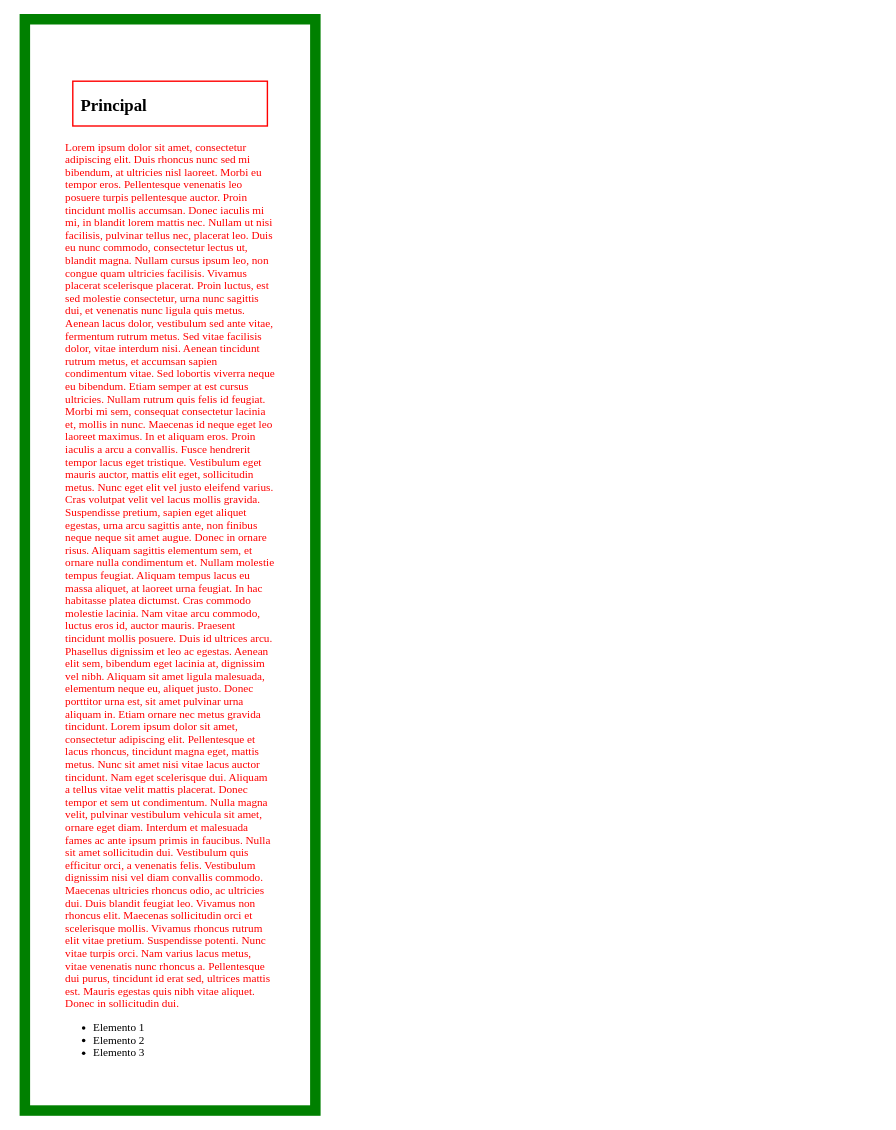
Repository: PabloSebastianPorto/Entrega-CV-1-ARG-PROG
Page: css.html
An editor plug-in stored every save of this project. The page is shown before and after the next save, followed by the edit.
The browser window is 1280 px wide. The pictures show the whole page, at 70% of full size.

Above is the page before, as saved 2023-01-16 09:56:15.

After the next save:
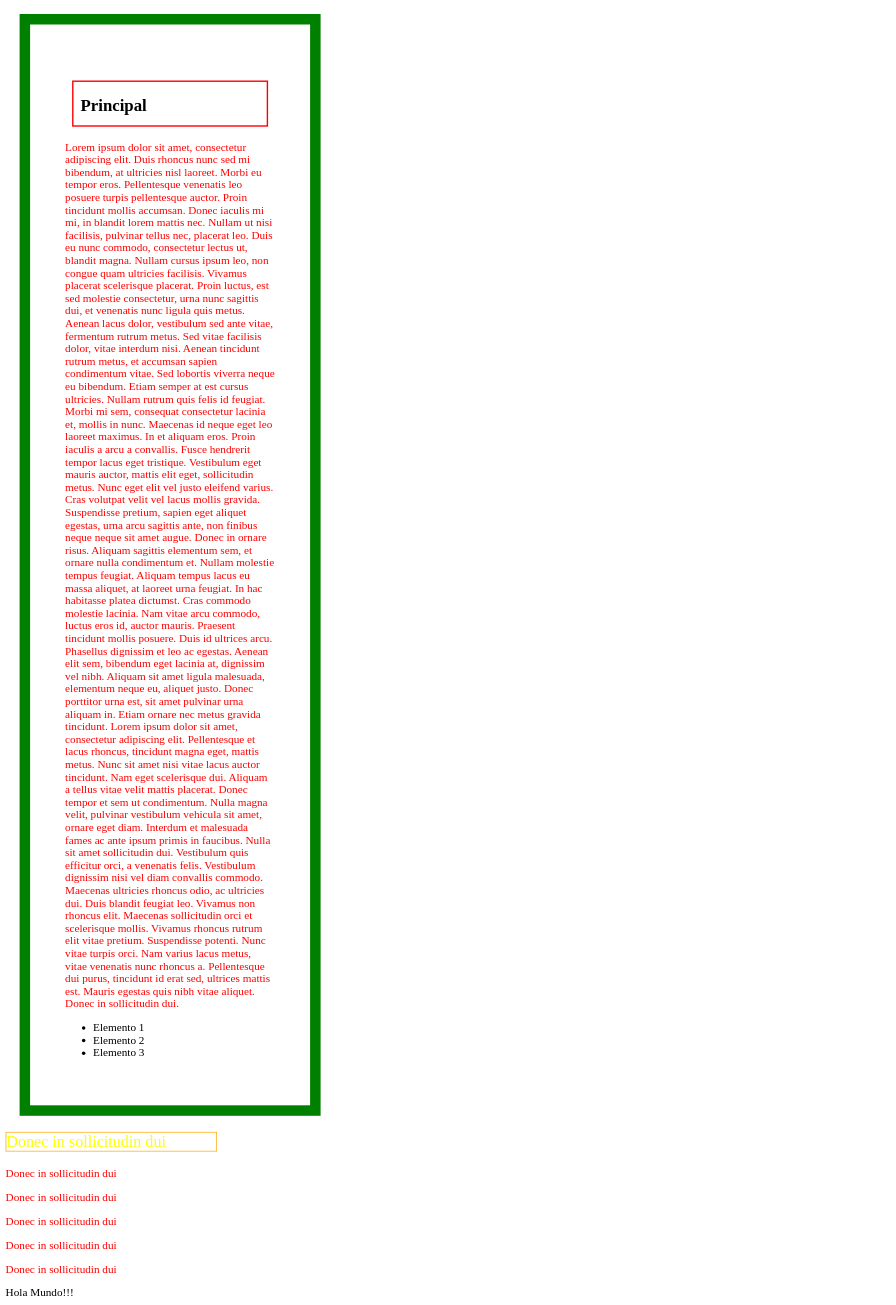
Saved 2 days later.
--- a/css.html
+++ b/css.html
@@ -62,5 +62,13 @@
         <li>Elemento 3</li>
       </ul>
     </section>
+    <p id="mi_parrafo">Donec in sollicitudin dui</p>
+    <p>Donec in sollicitudin dui</p>
+    <p>Donec in sollicitudin dui</p>
+    <p>Donec in sollicitudin dui</p>
+    <p>Donec in sollicitudin dui</p>
+    <p>Donec in sollicitudin dui</p>
+
+    <span>Hola Mundo!!!</span>
   </body>
 </html>
--- a/CSS/Styles.css
+++ b/CSS/Styles.css
@@ -25,3 +25,13 @@ section {
   padding: 50px;
   margin: 20px;
 }
+
+#mi_parrafo {
+  color: yellow;
+  font-size: 23px;
+  border: 1px solid orange;
+}
+.estaesmiclase {
+  font-weight: bold;
+  color: lightblue;
+}
